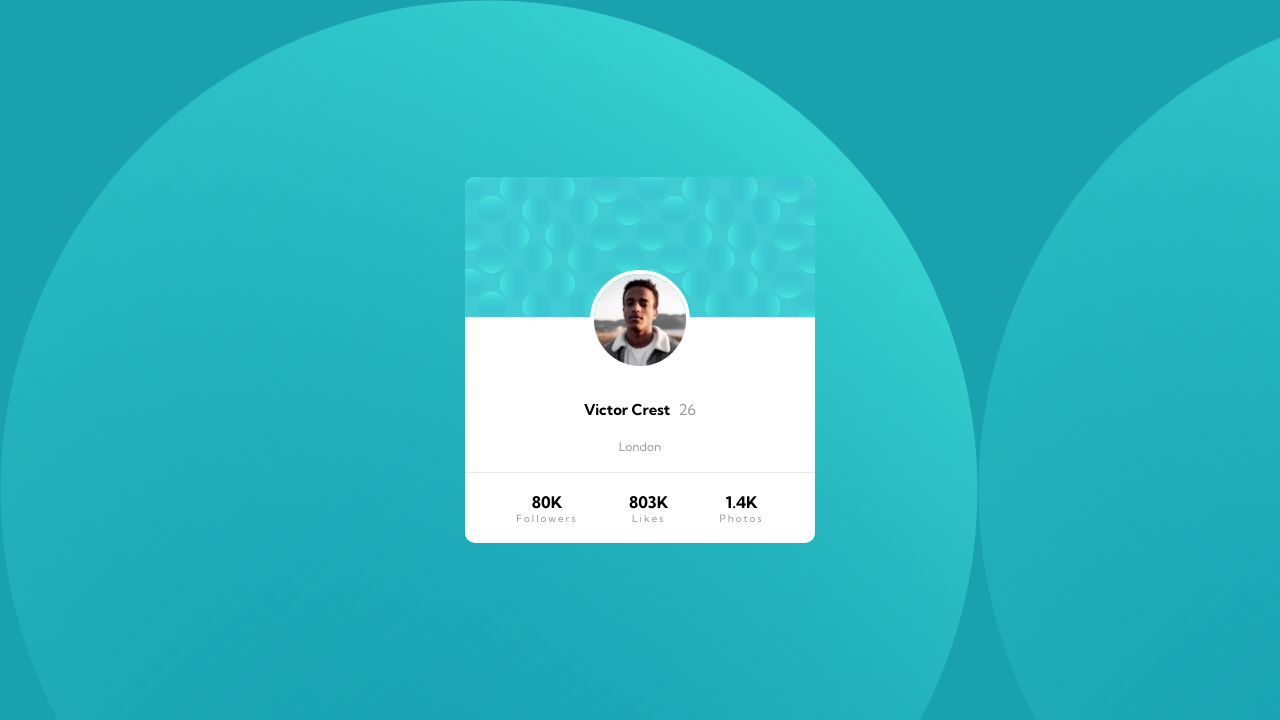
Repository: thaibaocoder1/profile-card-component-main
Page: index.html
An editor plug-in stored every save of this project. The page is shown before and after the next save, followed by the edit.
The browser window is 1280 px wide. The pictures show the whole page.

Above is the page before, as saved 2023-01-11 14:20:10.

### index.html
<!DOCTYPE html>
<html lang="en">
<head>
  <meta charset="UTF-8">
  <meta name="viewport" content="width=device-width, initial-scale=1.0">
  <link rel="icon" type="image/png" sizes="32x32" href="./images/favicon-32x32.png">
  <link rel="preconnect" href="https://fonts.googleapis.com">
  <link rel="preconnect" href="https://fonts.gstatic.com" crossorigin>
  <link href="https://fonts.googleapis.com/css2?family=Kumbh+Sans:wght@400;700&display=swap" rel="stylesheet">
  <title>Frontend Mentor | Profile card component</title>
  <link rel="stylesheet" href="./style.css">
  <!-- Feel free to remove these styles or customise in your own stylesheet 👍 -->
  <style>
    .attribution { font-size: 11px; text-align: center; }
    .attribution a { color: hsl(228, 45%, 44%); }
  </style>
</head>
<body>
  <main class="card">
    <section class="card__wrapper">
      <img src="./images/bg-pattern-card.svg" alt="">
      <section class="card__content">
        <img src="./images/image-victor.jpg" alt="">
        <h2 class="card__bottom--heading">Victor Crest <span>26</span></h2>
        <p class="card__bottom--address">London</p>
        <section class="footer">
            <div class="card__bottom--item">
              <p>80K</p>
              <span>Followers</span>
            </div>
            <div class="card__bottom--item">
              <p>803K</p>
              <span>Likes</span>
            </div>
            <div class="card__bottom--item">
              <p>1.4K</p>
              <span>Photos</span>
            </div>
        </section>
      </section>
    </section>
  </main>
  <!-- <div class="attribution">
    Challenge by <a href="https://www.frontendmentor.io?ref=challenge" target="_blank">Frontend Mentor</a>.
    Coded by <a href="#">Your Name Here</a>.
  </div> -->
</body>
</html>

### style.css
@import url('https://fonts.googleapis.com/css2?family=Kumbh+Sans:wght@400;700&display=swap');
* {
    margin: 0;
    padding: 0;
    box-sizing: border-box;
    border: none;
    outline: none;
}
html {
    font-size: 62.5%;
}
body {
    text-rendering: optimizeLegibility;
    scroll-behavior: smooth;
    font-family: 'Kumbh Sans', sans-serif;
    display: flex;
    align-items: center;
    justify-content: center;
    background-color: var(--dark-cyan);
    min-height: calc(100vh - 1px);
    background-image: url("./images/bg-pattern-top.svg"),
    url("./images/bg-pattern-bottom.svg");
}
:root {
    --dark-cyan: hsl(185, 75%, 39%);
    --very-dark-blue: hsl(229, 23%, 23%);
    --dark-blue: hsl(227, 10%, 46%);
    --dark-grey: hsl(0, 0%, 59%);
}
.card {
    margin: 0 auto;
    text-align: center;
}
.card__wrapper {
    max-width: 420px;
    background-color: #fff;
    border-radius: 1rem;
    overflow: hidden;
    margin: 1rem;
}
.card__content {
    position: relative;
    padding-top: 6rem;
}
.card__content img {
    width: 10rem;
    height: 10rem;
    border-radius: 50%;
    border: 4px solid #fff;
    position: absolute;
    top: 0;
    left: 50%;
    transform: translate(-50%, -50%);
}
.card__content {
    font-weight: bold;
}
.card__content .card__bottom--heading {
    margin-top: 2rem;
}
.card__content .card__bottom--heading span {
    color: var(--dark-grey);
    font-weight: 500;
    margin-left: 0.5rem;
}
.card__content .card__bottom--address {
    color: var(--dark-grey);
    font-size: 1.2rem;
    font-weight: 500;
    padding: 2rem 0;
}
.card__content::before {
    content: "";
    width: 100%;
    height: 1px;
    background-color: var(--dark-grey);
    opacity: 0.2;
    position: absolute;
    left: 0;
    bottom: 7rem;
    z-index: 1;
}
.footer {
    display: flex;
    justify-content: space-evenly;
}
.footer .card__bottom--item {
    margin: 1.8rem 0;
}
.footer .card__bottom--item p {
    font-size: 1.6rem;
}
.footer .card__bottom--item span {
    color: var(--dark-grey);
    font-size: 1rem;
    font-weight: 400;
    letter-spacing: 2px;
}

After the next save:
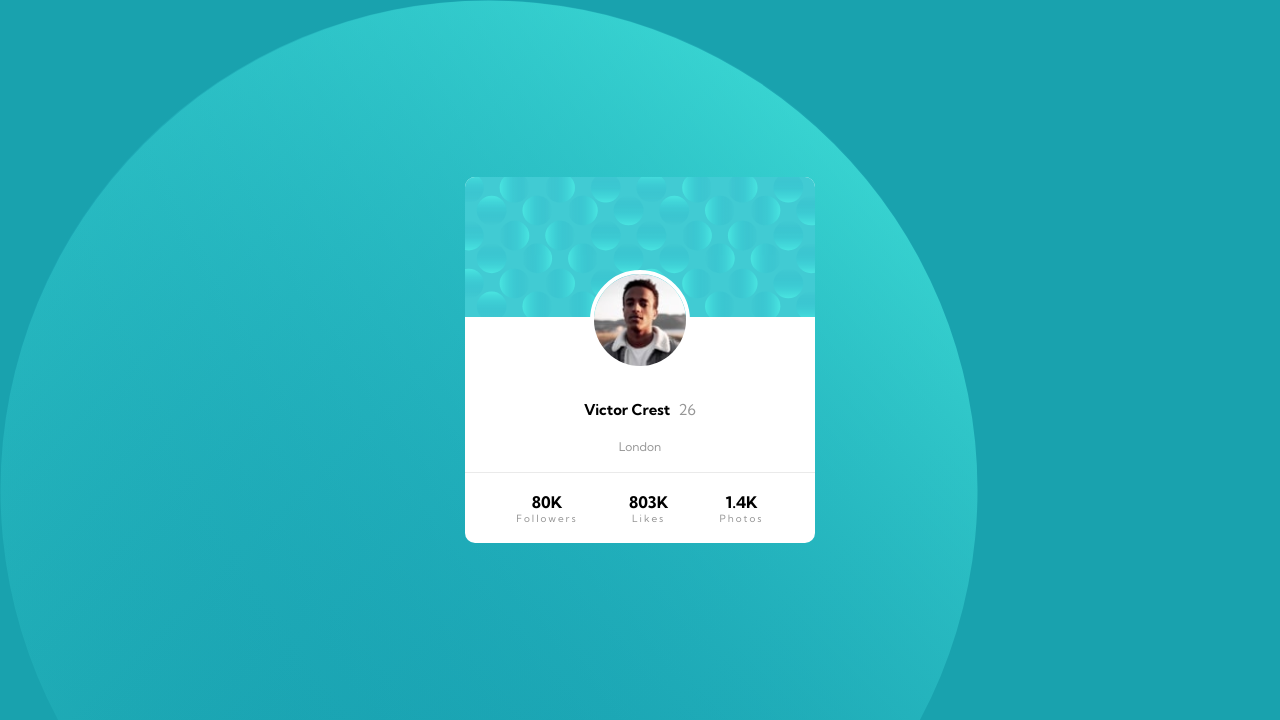
Saved 5 s later.
--- a/style.css
+++ b/style.css
@@ -20,6 +20,7 @@ body {
     min-height: calc(100vh - 1px);
     background-image: url("./images/bg-pattern-top.svg"),
     url("./images/bg-pattern-bottom.svg");
+    background-repeat: no-repeat, no-repeat;
 }
 :root {
     --dark-cyan: hsl(185, 75%, 39%);
